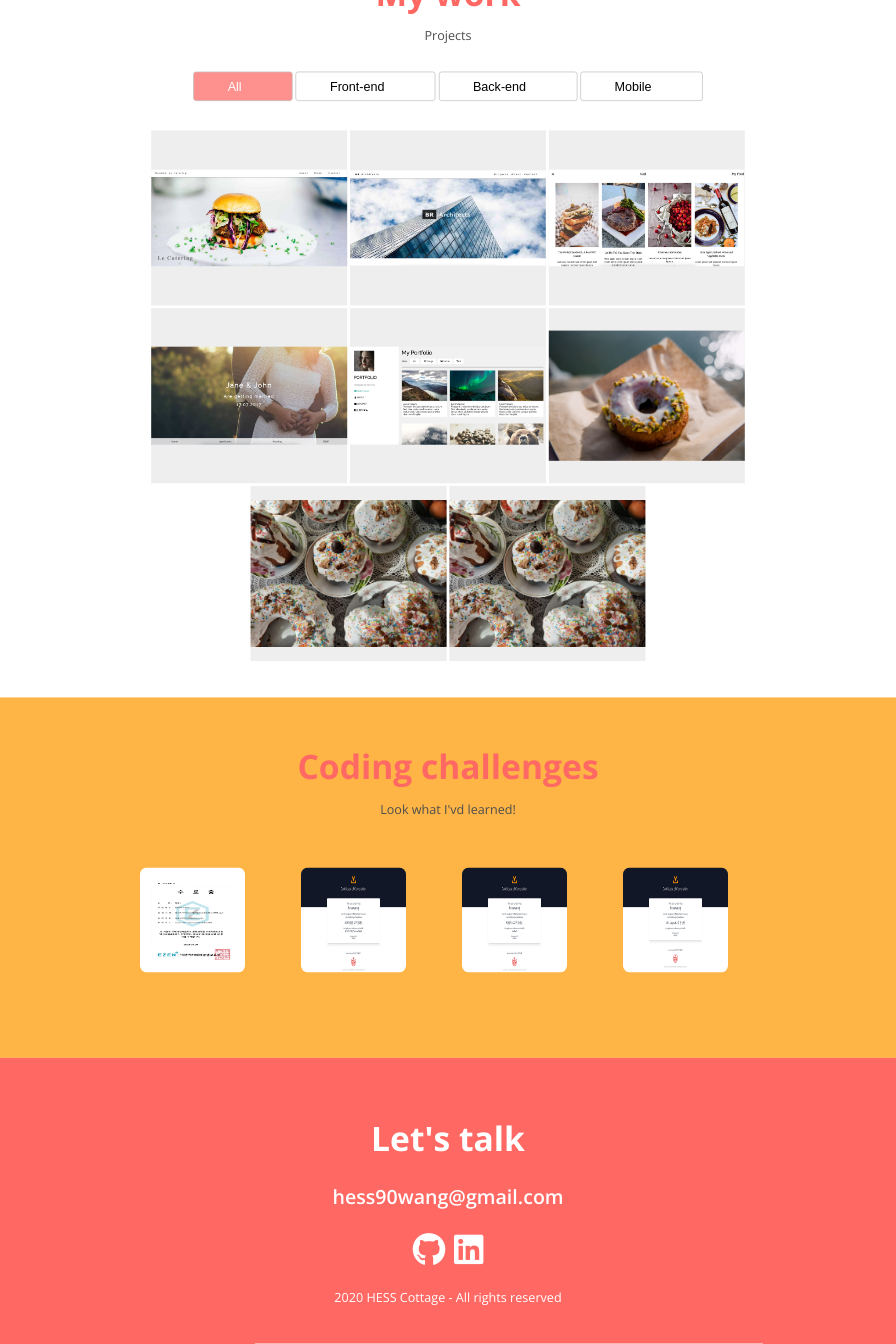
Repository: hesshess/Portfolio
Page: index.html
The author's editor kept a copy of each file at every save. The page is drawn from the files as they stood at one save, then again after the next save.
The browser window is 1280 px wide. The pictures show the part of the page from y = 1455 to 3375 px (the page is 3375 px tall), at 70% of full size.
Some web libraries are served in a nearby version.

Above is the page before, as saved 2022-10-19 11:45:55.

### index.html
<!DOCTYPE html>
<html lang="en">
  <head>
    <meta charset="UTF-8" />
    <meta name="viewport" content="width=device-width, initial-scale=1.0" />
    <title>Hess's Portfolio</title>
    <meta
      name="description"
      content="Portfolio for world-renowed software engineer Hess"
    />
    <meta name="author" content="Hess" />
    <link rel="icon" type="image/png" href="imgs/favicon.png" />
    <script
      src="https://kit.fontawesome.com/1af2041847.js"
      crossorigin="anonymous"
    ></script>
    <link
      href="https://fonts.googleapis.com/css2?family=Amatic+SC:wght@400;700&family=Open+Sans:wght@400;600;700&display=swap"
      rel="stylesheet"
    />
    <link rel="stylesheet" href="style.css" />
    <script src="main.js" defer></script>
  </head>
  <body>
    <!-- Navbar -->
    <nav id="navbar">
      <div class="navbar__logo">
        <i class="fas fa-home"></i>
        <a href="#">Hess</a>
      </div>
      <div class="navbar__menu">
        <ul class="navbar__menu">
          <li class="navbar__menu__item active" data-link="#home">Home</li>
          <li class="navbar__menu__item" data-link="#about">About</li>
          <li class="navbar__menu__item" data-link="#work">My Work</li>
          <li class="navbar__menu__item" data-link="#testimonials">
            Certificate
          </li>
          <li class="navbar__menu__item" data-link="#contact">Contact</li>
        </ul>
      </div>
      <!-- Toggle button -->
      <button class="navbar__toggle-btn">
        <i class="fas fa-bars"></i>
      </button>
    </nav>
    <!-- Home -->
    <section id="home">
      <div class="home__container">
        <img
          src="imgs/profile.JPG"
          alt="Hess's profile Photo"
          class="home__avatar"
        />

        <h1 class="home__title">Hello, <br />I'm Hess Wang</h1>
        <h2 class="home__description">
          A Softerware Engineer currently residing in Seoul, South Korea.
        </h2>
        <button class="home__contact" data-link="#contact">Contact Me</button>
      </div>
    </section>

    <!-- About -->

    <section id="about" class="section section__container">
      <h1>About me</h1>
      <p>Enthusiasic Fast Learner who's also interested in Back-end</p>
      <div class="about__majors">
        <div class="major">
          <div class="major__icon">
            <i class="fab fa-react"></i>
          </div>
          <h2 class="major__title">Front-end</h2>
          <div class="major__description">
            HTML, CSS, JavaScript, ReactJS
          </div>
        </div>
        <div class="major">
          <div class="major__icon">
            <i class="fab fa-js"></i>
          </div>
          <h2 class="major__title">Back-end</h2>
          <div class="major__description">
            JavaScript, NodeJS, Rest APIs, MySQL
          </div>
        </div>
      </div>
    </section>


    <!-- Work -->
    <section id="work" class="section">
      <div class="section__container">
        <h1>My work</h1>
        <h3>Projects</h3>
        <div class="work__categories">
          <button class="category__btn active" data-filter="*">
            All<span class="category__count">8</span>
          </button>
          <button class="category__btn" data-filter="front-end">
            Front-end<span class="category__count">3</span>
          </button>
          <button class="category__btn" data-filter="back-end">
            Back-end<span class="category__count">3</span>
          </button>
          <button class="category__btn" data-filter="mobile">
            Mobile<span class="category__count">2</span>
          </button>
        </div>

        <div class="work__projects">
          <a
          href="https://hesshess.github.io/clonecoding-assignment/1-gourtmet-au-catering/template1.html"
          class="project"
          target="blank"
          data-type="front-end"
        >
          <img
            src="./imgs/work/template1.png"
            alt="Youtube"
            class="project__img"
          />
          <div class="project__description">
            <h3>Youtube Site</h3>
            <span>Clone coding with HTML and CSS</span>
          </div>
        </a>
        <a
          href="https://hesshess.github.io/clonecoding-assignment/2-ba-architects/template2.html"
          class="project"
          target="blank"
          data-type="front-end"
        >
          <img
            src="./imgs/work/template2.png"
            alt="Youtube"
            class="project__img"
          />
          <div class="project__description">
            <h3>Youtube Site</h3>
            <span>Clone coding with HTML and CSS</span>
          </div>
        </a>
        <a
          href="https://hesshess.github.io/clonecoding-assignment/3-food-blog/template3.html"
          class="project"
          target="blank"
          data-type="front-end"
        >
          <img
            src="./imgs/work/template3.png"
            alt="Youtube"
            class="project__img"
          />
          <div class="project__description">
            <h3>Youtube Site</h3>
            <span>Clone coding with HTML and CSS</span>
          </div>
        </a>
        <a
          href="https://hesshess.github.io/clonecoding-assignment/4-wedding-invitation/template4.html"
          class="project"
          target="blank"
          data-type="front-end"
        >
          <img
            src="./imgs/work/template4.png"
            alt="Youtube"
            class="project__img"
          />
          <div class="project__description">
            <h3>Youtube Site</h3>
            <span>Clone coding with HTML and CSS</span>
          </div>
        </a>
        <a
          href="https://hesshess.github.io/clonecoding-assignment/5-nature-portfolio/template5.html"
          class="project"
          target="blank"
          data-type="front-end"
        >
          <img
            src="./imgs/work/template5.png"
            alt="Youtube"
            class="project__img"
          />
          <div class="project__description">
            <h3>Youtube Site</h3>
            <span>Clone coding with HTML and CSS</span>
          </div>
        </a>
          <a
            href="깃허브링크"
            class="project"
            target="blank"
            data-type="back-end"
          >
            <img src="imgs/projects/2.jpg" alt="Youtube" class="project__img" />
            <div class="project__description">
              <h3>Youtube Site</h3>
              <span>Clone coding with HTML and CSS</span>
            </div>
          </a>
          <a
            href="깃허브링크"
            class="project"
            target="blank"
            data-type="mobile"
          >
            <img src="imgs/projects/3.jpg" alt="Youtube" class="project__img" />
            <div class="project__description">
              <h3>Youtube Site</h3>
              <span>Clone coding with HTML and CSS</span>
            </div>
          </a>
          <a
            href="깃허브링크"
            class="project"
            target="blank"
            data-type="mobile"
          >
            <img src="imgs/projects/3.jpg" alt="Youtube" class="project__img" />
            <div class="project__description">
              <h3>Youtube Site</h3>
              <span>Clone coding with HTML and CSS</span>
            </div>
          </a>
        </div>
      </div>
    </section>
    <!-- Testimonials -->
    <section id="testimonials" class="section">
      <div class="section__container">
        <h1>Coding challenges</h1>
        <h3>Look what I'vd learned!</h3>
        <div class="testimonials">
          <div class="testimonial">
            <img
              src="imgs/testimonial/certificate1.jpg"
              class="testimonial__avatar"
            />
            <div class="testimonial__description">
              <h3>이젠 - 풀스택 웹개발자 6개월 과정</h3>
              <span>HTML, CSS, Javascript, React, Node, MySQL</span>
            </div>
          </div>

          <div class="testimonial">
            <img
              src="imgs/testimonial/nomad1.jpg"
              class="testimonial__avatar"
            />
            <div class="testimonial__description">
              <h3>노마드코드 - 카카오 클론 2주 챌린지</h3>
              <span>HTML5, CSS3, Flexbox, Github</span>
          </div>
          </div>
          <div class="testimonial">
            <img
              src="imgs/testimonial/nomad2.jpg"
              class="testimonial__avatar"
            />
            <div class="testimonial__description">
              <h3>노마드코드 - 바닐라 JS 2주 챌린지</h3>
              <span>HTML5, CSS3, VanillaJS</span>
          </div></div>
          <div class="testimonial">
            <img
              src="imgs/testimonial/nomad3.jpg"
              class="testimonial__avatar"
            />
            <div class="testimonial__description">
              <h3>노마드코드 - CSS LAYOUT 2주 챌린지</h3>
              <span>Flexbox, Grid, Scss</span>
          </div>
        </div>
      </div>
    </section>
    <!-- Contact -->
    <section id="contact" class="section">
      <h1 class="contact__title">Let's talk</h1>
      <h2>
        <a href="mailto:hess90wang@gmail.com" class="contact__email"
          >hess90wang@gmail.com</a
        >
      </h2>
      <div class="contact__links">
        <a href="https://github.com/hesshess" target="_blank">
          <i class="fab fa-github"></i>
        </a>
        <a
          href="https://www.linkedin.com/in/hess-wang-294197254/"
          target="_blank"
        >
          <i class="fa fa-linkedin-square"></i
        ></a>
      </div>
      <p class="contact__rights">2020 HESS Cottage - All rights reserved</p>
    </section>

    <!-- Arrow up -->
    <button class="arrow-up">
      <i class="fas fa-arrow-up"></i>
    </button>
  </body>
</html>

### style.css
/* Global */
:root {
  /* Color */

  --color-white: #ffffff;

  --color-light-white: #eeeeee;

  --color-dark-white: #bdbdbd;

  --color-pink: #fe918d;

  --color-dark-pink: #ff6863;

  --color-dark-grey: #4d4d4d;

  --color-grey: #616161;

  --color-light-grey: #7c7979;

  --color-blue: #73aace;

  --color-yellow: #fff7d1;

  --color-orange: #feb546;

  --color-black: #000000;

  /* Font size */

  --font-large: 48px;

  --font-medium: 28px;

  --font-regular: 18px;

  --font-small: 16px;

  --font-micro: 14px;

  /* Font weight */

  --weight-bold: 700;

  --weight-semi-bold: 600;

  --weight-regular: 400;

  /* Size */
  --size-border-radius: 4px;

  /* Animation */
  --animation-duration: 300ms;
}

/* Universal tags */
* {
  box-sizing: border-box;
}

body {
  margin: 0;
  font-family: "Open Sans", sans-serif;
  cursor: default;
}

a {
  text-decoration: none;
  color: var(--color-white);
}
ul {
  list-style: none;
  padding-left: 0;
}
li {
  list-style: none;
}

button {
  background-color: transparent;
  cursor: pointer;
  border: none;
  outline: none;
}

/* Typography */
h1 {
  font-size: var(--font-large);
  font-weight: var(--weight-bold);
  color: var(--color-dark-pink);
  margin: 16px 0;
}

h2 {
  font-size: var(--font-medium);
  font-weight: var(--weight-semi-bold);
  color: var(--color-dark-grey);
  margin: 8px 0;
}

h3 {
  font-size: var(--font-regular);
  font-weight: var(--weight-regular);
  color: var(--color-dark-grey);
  margin: 8px 0;
}

p {
  font-size: var(--font-regular);
  font-weight: var(--weight-regular);
  color: var(--color-light-grey);
  margin: 4px 0;
}

/* Navbar */
#navbar {
  position: fixed;
  width:100%;
  display: flex;
  justify-content: space-between;
  background-color: transparent;
  align-items: center;
  color: var(--color-dark-white);
  padding: 10px;
  transition: all var(--animation-duration) ease-in-out;
  z-index:1;
}
#navbar.navbar--dark{
  background-color: var(--color-pink);
  color:var(--color-white);
  padding: 5px;

}
.navbar__menu {
  display: flex;
  margin: 4px 0;
}

.navbar__logo {
  font-size: var(--font-medium);
  font-weight: var(--weight-semi-bold);
  padding-left: 10px;
}
.navbar__menu__item {
  padding: 4px 6px;
  margin: 0 4px;
  cursor: pointer;
  border-radius: var(--size-border-radius);
}

.navbar__menu__item.active {
  border: 1.5px solid var(--color-pink);
}

.navbar__menu__item:hover {
  background-color: var(--color-dark-pink);
  border-radius: var(--size-border-radius);
}

.navbar__toggle-btn{
  position: absolute;
  top:10px;
  right:16px;
  font-size: 24px;
  color:var(--color-white);
  display:none;

}

/* Home */
#home {
  background: url("imgs/home-background.png") center/cover no-repeat;
  padding: 40px;
  padding-top:120px;
  text-align: center;
}

.home__avatar {
  width: 250px;
  height: 250px;
  border-radius: 50%;
  border: 3px solid var(--color-pink);
}

.home__title,
.home__description {
  color: var(--color-light-grey);
}
.home__contact {
  color: var(--color-grey);
  font-size: var(--font-regular);
  font-weight: var(--weight-bold);
  margin: 24px;
  padding: 8px 12px;
  border: 2px solid var(--color-light-grey);
  border-radius: var(--size-border-radius);
}

/* Section Common*/
.section {
  text-align: center;
  padding: 50px;
  margin: auto;
}

.section__container {
  max-width: 1000px;
  margin: auto;
}

/* About */
.about__majors {
  display: flex;
  justify-content: space-around;
  margin: 80px 0;
}


.major__icon {
  width: 170px;
  height: 170px;
  font-size: 70px;
  line-height: 170px;
  color: var(--color-dark-pink);
  margin: auto;
  border: 1px solid var(--color-dark-pink);
  border-radius: 50%;
  margin-bottom: 16px;
}

.major__icon i {
  transition: all var(--animation-duration) ease;
}

.major__icon:hover i {
  color: var(--color-pink);
  transform: rotate(30deg) scale(1.2);
}

.major__title,
.major__description {
  color: var(--color-dark-grey);
}

.major__description {
  font-size: var(--font-small);
}

.job {
  display: flex;
  align-items: center;
}

.job__description {
  margin: 0 16px;
  text-align: left;
}

.job__name,
.job__period {
  color: var(--color-light-grey);
}

.job__name {
  font-size: var(--font-small);
}

.job__period {
  font-size: var(--font-micro);
}

.job__logo {
  width: 80px;
  height: 80px;
  border-radius: 50%;
  margin-right: 20px;
}

/* Skill */
#skills {
  background-color: var(--color-yellow);
}

.skillset {
display: flex;
background-color:var(--color-light-grey);
color:var(--color-light-white);
margin:20px 0;
}

.skillset__title{
    color:var(--color-white);

}

.skillset__left{
flex-basis: 60%;
background-color:var(--color-dark-grey);
padding: 20px 40px;
}

.skill{
  margin-bottom: 32px;
}

.skill__description{
    display:flex;
    justify-content: space-between;

}

.skill__bar{
  width: 100%;
  height:3px;
  background-color: var(--color-grey);

}
.skill__value{
  height:3px;
  background-color: var(--color-orange);
}

.skillset__right{
flex-basis: 40%;
}

.tools {
    background-color: var(--color-grey);
}

.tools, .etx{
  padding: 20px;
}

/* Work */


.work__categories {
  margin:40px;
}
.category__btn{
  border: 1px solid var(--color-dark-white);
  border-radius:  var(--size-border-radius);
  font-size:var(--font-regular);
  padding: 8px 48px;
}

.category__btn.active, .category__btn:hover{
  background-color: var(--color-pink);
  color: var(--color-white);
}

.category__btn .active .category__count,.category__btn:hover .category__count {
  opacity: 1;
  top: 0;
}



.category__count{
  background-color: var(--color-orange);
  border-radius: 50%;
  color:var(--color-white);
  width:24px;
  height:24px;
  display: inline-block;
  line-height: 24px ;
  position:relative;
  top: -20px;
  left:4px;
  opacity:0;
  transition: all var(--animation-duration) ease-in;

}

 .work__projects{
   display:flex;
   flex-wrap:wrap;
   justify-content: center;
   opacity:1;
   transition: all var(--animation-duration) ease-out;

 }
 .work__projects.anim-out{
   opacity:0;
   transform: scale(0.96) translateY(40px);
 }

 .project {
   position: relative;
   display:flex;
   justify-content: center;
   align-items: center;
   width:280px;
   height:250px;
   margin:2px;
   background-color: var(--color-light-white);

 }
 .project.invisible{
   display:none;
 }

 .project__img{
   max-width:100%;
   max-height:100%;
 }

 .project__description, .testimonial__description{
   position: absolute;
   background-color: black;
   display: flex;
   flex-direction: column;
   justify-content: center;
   width:100%;
   height:100%;
   top:0;
   left:0;
   opacity:0;
   transform:translateY(10px);
   transition: all var(--animation-duration) ease-in;
 }
 .testimonial__description{
  padding: 10px;
  font-size: 0.7em;
  width:150px;
  height:150px;
  border-radius: 10px;
  color:var(--color-white);
 }

 .project:hover .project__description{
opacity:0.8;
transform:translateY(0px);
 }

 .testimonial:hover .testimonial__description{
  opacity:0.8;
  transform:translateY(0px);
   }

 .project__description h3{
   color:var(--color-white);
 }

 .project__description h3:after{
   display: block;
   content:'';
   position: relative;
   left:50%;
   width:25px;
   height:2px;
   margin-left: -12px;
   margin-top: 8px;
   background-color: var(--color-dark-white);
 }


/* testimonial */
#testimonials{
  background-color: var(--color-orange);

}

.testimonials {
  margin: 40px;
  display: flex;
  justify-content: space-around;
}

.testimonial{
  display: flex;
margin:32px 0;
transition: all var(--animation-duration) ease-in;
}
.testimonial:hover {
  transform: scale(1.5);
}
.testimonial .project__description{
  opacity:0.8;
  transform:translateY(0px);
   }

.testimonial__avatar{
  width:150px;
  height:150px;
  border-radius: 10px;

}
.testimonial__avatar:nth-child(odd){
  margin-right:40px;
}
.testimonial__avatar:nth-child(even){
  margin-left:40px;
}

.testimonial__speech-bubble{
  padding:18px;
  background-color: var(--color-white);
  border-radius: var(--size-border-radius);
}

.testimonial__speech-bubble p {
  color: var(--color-light-grey);

}

.testimonial__speech-bubble a{
  color: var(--color-pink);
}

/* Contact */

#contact{
  background-color: var(--color-dark-pink);


}
.contact__title, .contact__email, .contact__rights{
  color: var(--color-white);
}

.contact__title{
  margin: 32px 0;

}

.contact__links{
  font-size: var(--font-large);
  margin: 24px 0px;
  transition: all var(--animation-duration) ease-in;

}

.contact__links i:hover {
  transform: scale(1.3);
  color:var(--color-orange);

}


/* Scroll */
.arrow-up{
  position:fixed;
  bottom: 50px;
  right:50px;
  width:70px;
  height:70px;
  font-size: 50px;
  background-color: var(--color-pink);
  color: var(--color-white);
  border-radius: 50%;
  opacity:0;
  pointer-events: none ;
  transition: all var(--animation-duration) ease-in
}

.arrow-up.visible {
  opacity:1;
  pointer-events: auto;
}


/* For below 768px screen width */

@media screen and (max-width:768px){
.navbar__toggle-btn{
  display:block;

}
#navbar{
  font-display: column;
align-items:flex-start;
}
.navbar__menu{
  flex-direction: column;
  text-align: center;
  width:100%;
  display:none;

}

.about__majors{
  flex-direction: column;

}
.major{
margin-bottom: 38px;

}

.skillset {
  flex-direction: column;

}

.project{
  flex-grow: 1;
}

.testimonial__avatar{
  width:80px;
  height:80px;
}



}

### main.js
"use strict";

// Make navbar transparent when it is on the top
const navbar = document.querySelector("#navbar");
const navbarHeight = navbar.getBoundingClientRect().height;
document.addEventListener("scroll", () => {
  if (window.scrollY > navbarHeight) {
    navbar.classList.add("navbar--dark");
  } else {
    navbar.classList.remove("navbar--dark");
  }
});

// Handle scrolling when tapping on the navbar menu
const navbarMenu = document.querySelector(".navbar__menu");
navbarMenu.addEventListener("click", (event) => {
  const target = event.target;
  const link = target.dataset.link;
  if (link == null) {
    return;
  }
  scrollIntoView(link);
});

// Handle click on "Contact Me" button on home
const contactMe = document.querySelector(".home__contact");
contactMe.addEventListener("click", () => {
  scrollIntoView("#contact");
});

// Make Home slowly fade to transparent as the window scrolls down
const home = document.querySelector(".home__container");
const homeHeight = home.getBoundingClientRect().height;
document.addEventListener("scroll", () => {
  home.style.opacity = 1 - window.scrollY / homeHeight;
});

// Show "arrow up" button when scrolling down
const arrowUp = document.querySelector(".arrow-up");
document.addEventListener("scroll", () => {
  if (window.scrollY > homeHeight / 2) {
    arrowUp.classList.add("visible");
  } else {
    arrowUp.classList.remove("visible");
  }
});

// Handle click on the "arrow up" button
arrowUp.addEventListener("click", () => {
  scrollIntoView("#home");
});

// Projects
const workBtnContainer = document.querySelector(".work__categories");
const projectContainer = document.querySelector(".work__projects");
const projects = document.querySelectorAll(".project");
workBtnContainer.addEventListener("click", (e) => {
  const filter = e.target.dataset.filter || e.target.parentNode.dataset.filter;
  if (filter == null) {
    return;
  }

  projectContainer.classList.add("anim-out");

  setTimeout(() => {
    projects.forEach((project) => {
      console.log(project.dataset.type);
      if (filter === "*" || filter === project.dataset.type) {
        project.classList.remove("invisible");
      } else {
        project.classList.add("invisible");
      }
    });
    projectContainer.classList.remove("anim-out");
  }, 300);
});

function scrollIntoView(selector) {
  const scrollTo = document.querySelector(selector);
  scrollTo.scrollIntoView({ behavior: "smooth" });
}

After the next save:
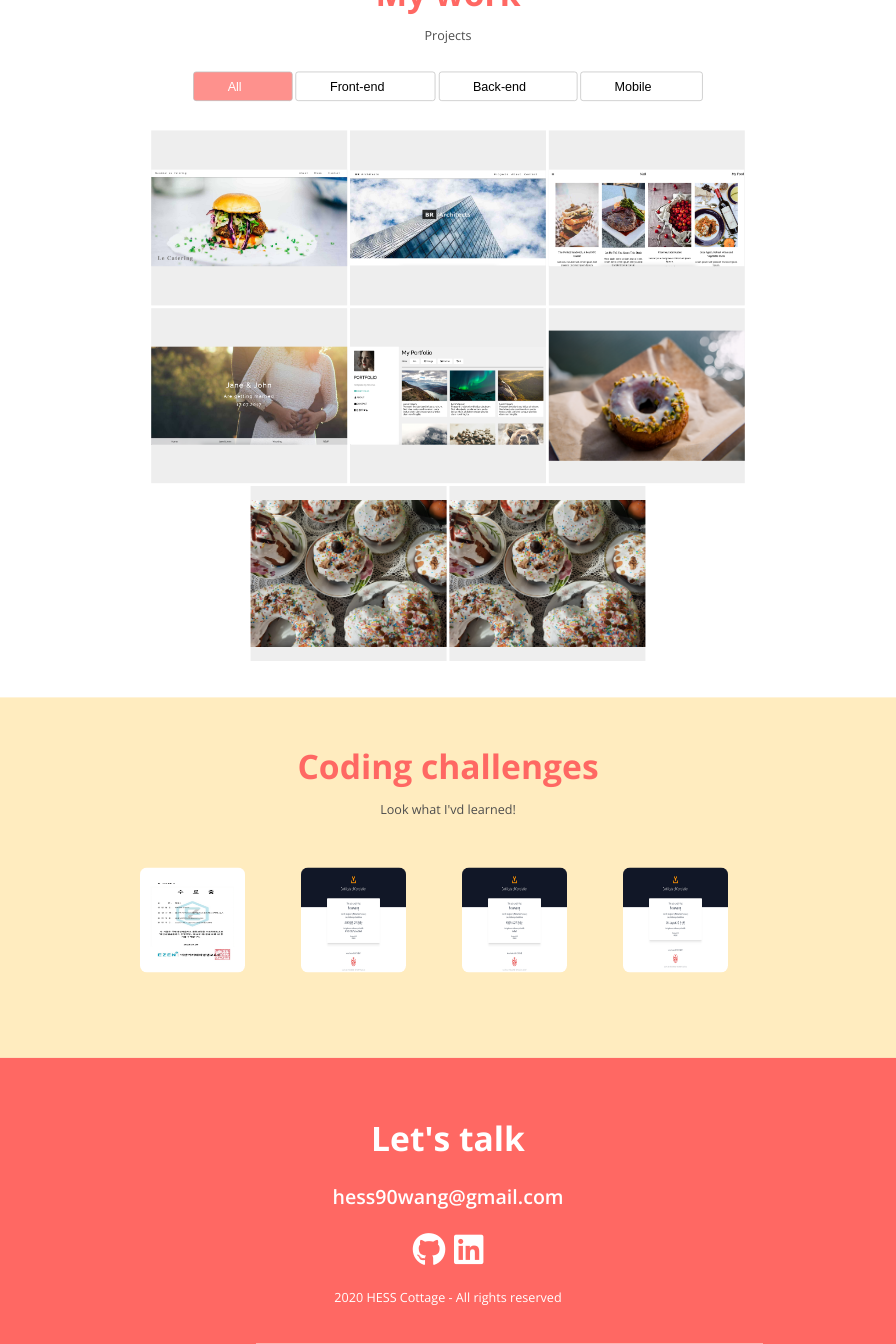
Saved 60 s later.
--- a/style.css
+++ b/style.css
@@ -458,7 +458,7 @@
 
 /* testimonial */
 #testimonials{
-  background-color: var(--color-orange);
+  background-color: #FFECBF;
 
 }
 
